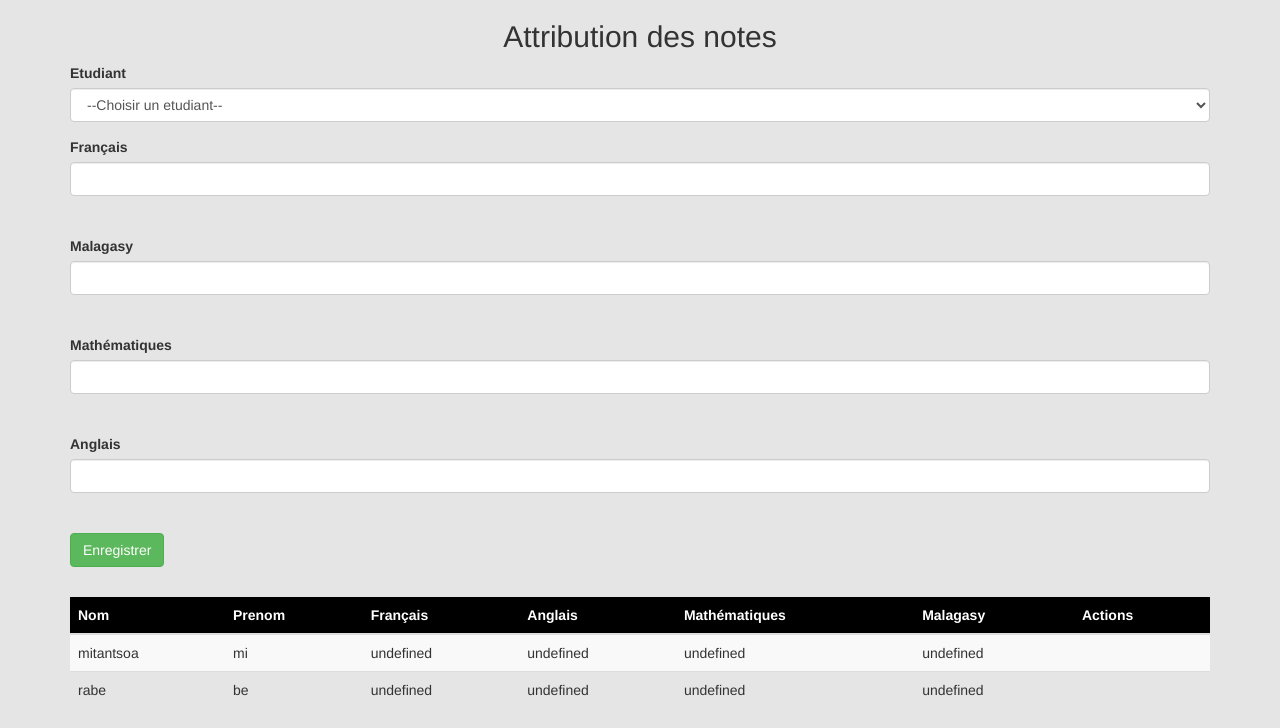
Repository: mitantsoa1/CRUD-note
Page: http://localhost/note
An editor plug-in stored every save of this project. The page is shown before and after the next save, followed by the edit.
The browser window is 1280 px wide. The pictures show the whole page.
The page is run by PHP 8.4 with error messages shown; the project is at /var/www/html/. The database holds what the project's SQL file puts in it.

Above is the page before, as saved 2021-02-12 14:42:21.
Console error: SyntaxError: Unexpected token '<'

After the next save:
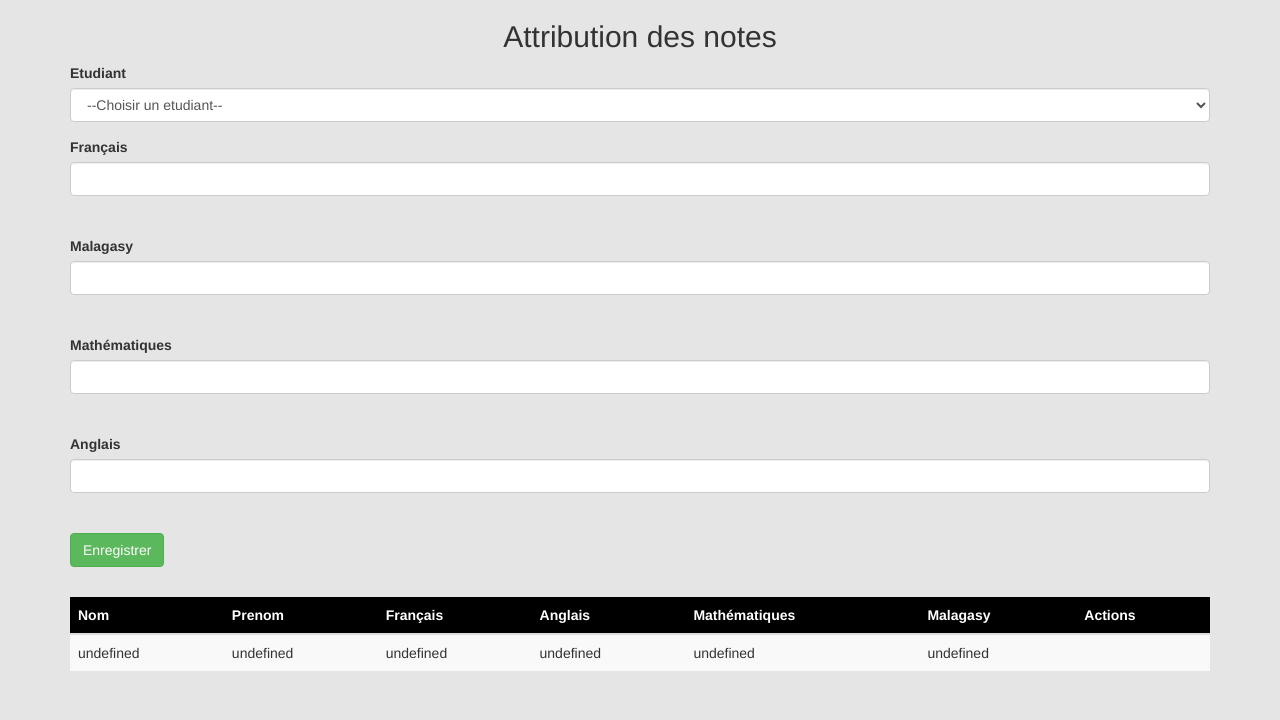
Saved 15 s later.
--- a/Publics/js/note2.js
+++ b/Publics/js/note2.js
@@ -1,6 +1,6 @@
 function selectionNote() {
     $.ajax({
-        url: "Controls/ajax.php",
+        url: "Controls/note.class.php",
         type: "POST",
         data: "data=AllNote2",
         datatype: "json",
